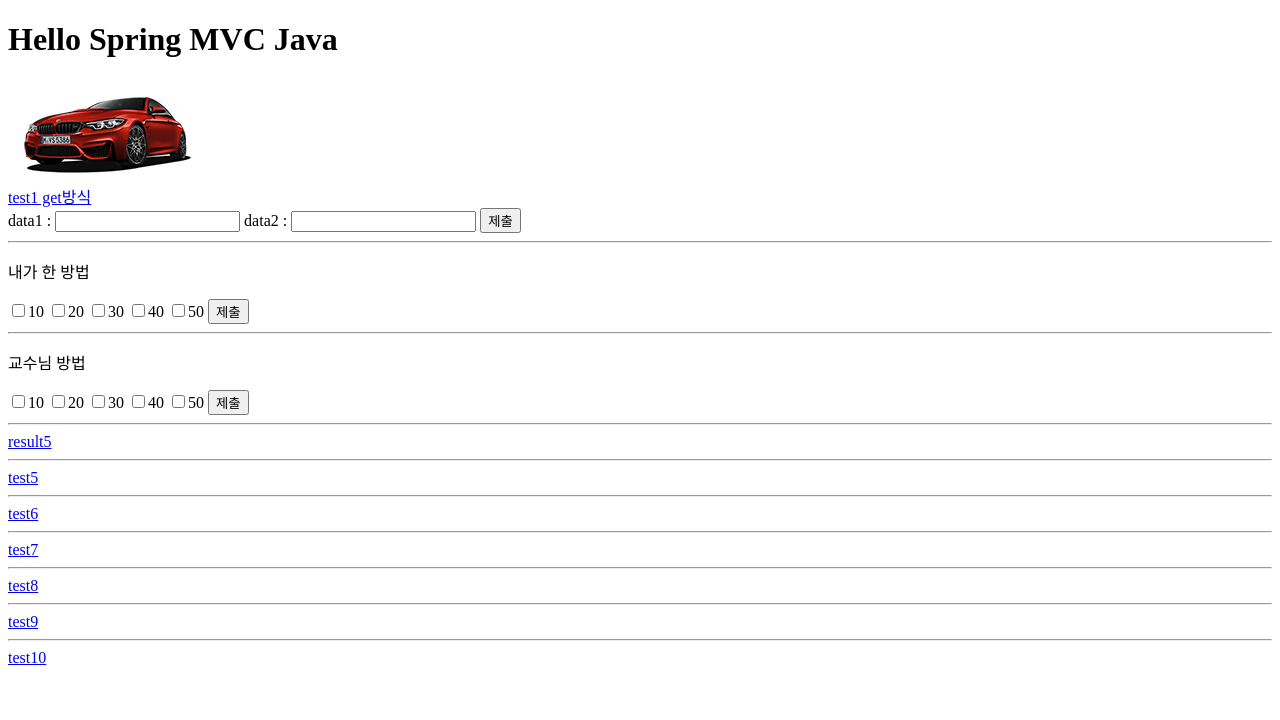
Repository: kangseongwuk/Spring
Page: http://localhost/WebSpringSample3_parameter/WEB-INF/views/index.jsp
These files come from the project's save history. The page is drawn as it stood at one moment and after the next save; the edit follows.
The browser window is 1280 px wide. The pictures show the whole page.
The page is served by Tomcat 9. Nobody is signed in. The template is opened directly, without the code that normally fills it, so the values that code supplies are empty.

Above is the page before, as saved 2022-10-11 06:39:14.
Console error: TypeError: Cannot read properties of null (reading 'checked')

After the next save:
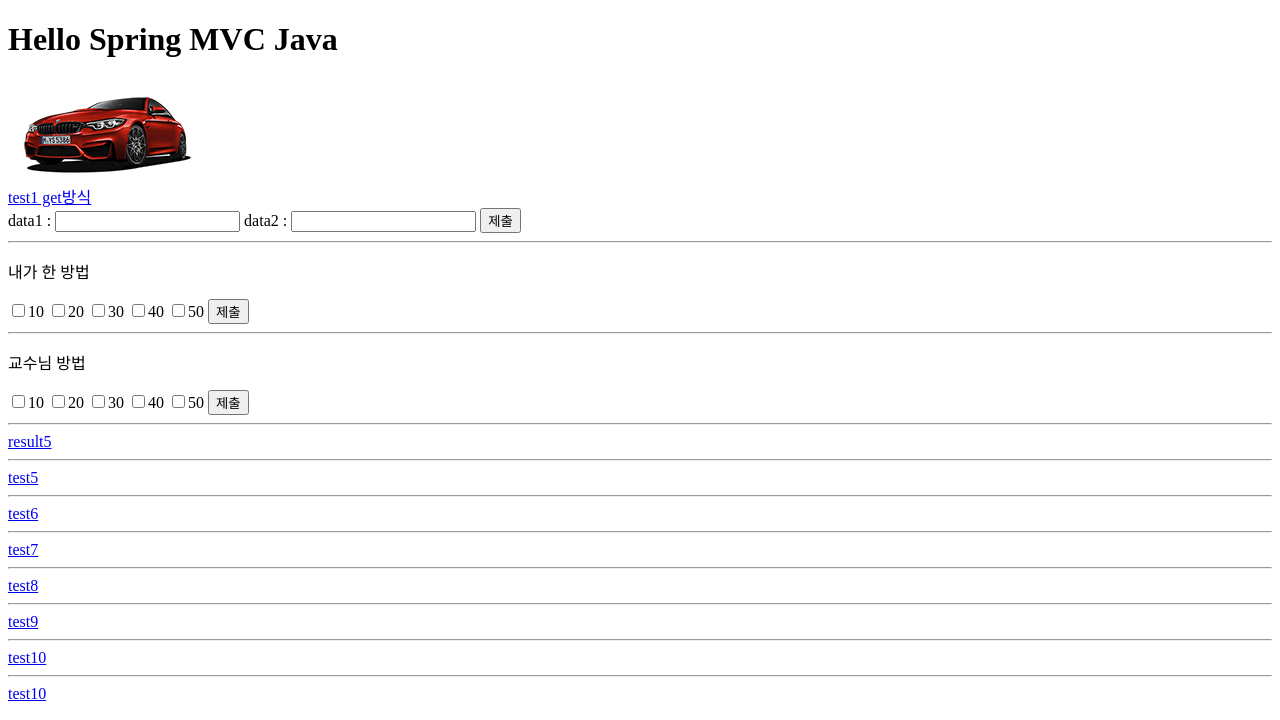
Saved 10 min 59 s later.
--- a/WebSpringSample3_parameter/src/main/webapp/WEB-INF/views/index.jsp
+++ b/WebSpringSample3_parameter/src/main/webapp/WEB-INF/views/index.jsp
@@ -73,6 +73,8 @@
 	<a href="test9?data1=100&data2=200&data3=300">test9</a>
 	<hr>
 	<a href="test10?data1=100&data2=200&data3=300">test10</a>
+	<hr>
+	<a href="test11?data1=100&data2=200&data3=300">test10</a>
 
 
 </body>
@@ -186,3 +188,30 @@
 	 }
 
  -->
+
+<!--
+★★★★★★★★★★★★★★★★★★★★★★★★★★★★★★★★★★★★★★★★★★★★★★★★★★★★★★★★★★★★★★★★★★
+★★★★★★★★★★★★★★★★★★★★★★★★★★★★★★★★★★★★★★★★★★★★★★★★★★★★★★★★★★★★★★★★★★
+★★★★★★★★★★★★★★★★★★★★★★★★★★★★★★★★★★★★★★★★★★★★★★★★★★★★★★★★★★★★★★★★★★
+★★★★★★★★★★★★★★★★★★★★★★★★★★★★★★★★★★★★★★★★★★★★★★★★★★★★★★★★★★★★★★★★★★
+객체로 파라미터 주입받기
+-----------------------------
+ - Map으로 주입 받기
+ 1) 클라이언트가 전달 하는 모든 파라미터 데이터를 한번에 Map으로 받을 수 있습니다.
+ 2) 단, 동일 명으로 전달되는 2개 이상의 파라미터는 하나만 담기게 됩니다.
+ 3) 동일명으로 전달되는 파라미터가 2개 이상이라면 List로 주입 받아야 합니다.
+
+  public String test1(@RequestParam Map<String, String> map,
+		  @RequestParam List<String> data3) {
+
+	}
+
+ - @ModelAttribute
+  1) ModelAttribute 어노테이션을 사용하면 파라미터를 객체로 주입받을 수 있습니다.
+  2) 전달되는 파라미터의 이름과 동일한 프로퍼티에 자동으로 주입됩니다.
+  3) 이 어노테이션은 생략이 가능합니다. 이러한 객체를 커맨드 객체(Command Object)라고 부릅니다.
+
+  public String test2(@ModelAttribute DataBean1 bean1,
+		      @ModelAttribute DataBean2 bean2) {
+
+  } -->
